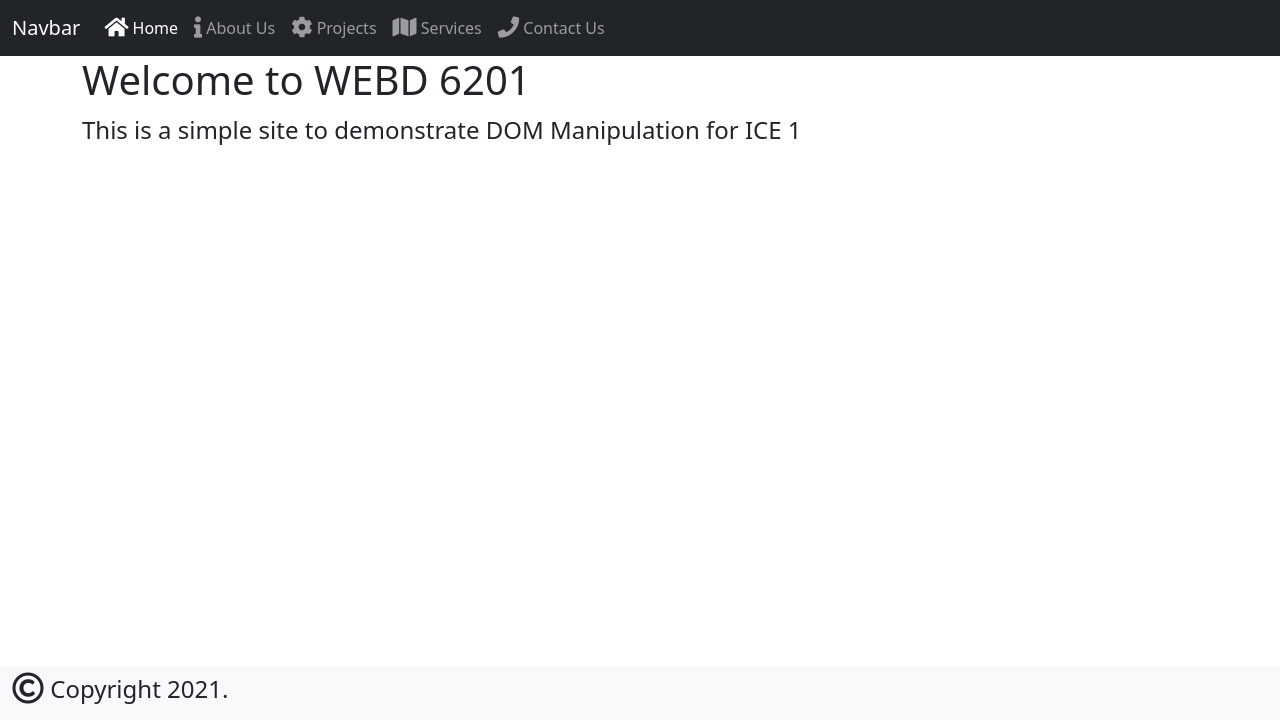
Repository: aphim/Webd6201-wk3
Page: index.html
These files come from the project's save history. The page is drawn as it stood at one moment and after the next save; the edit follows.
The browser window is 1280 px wide. The pictures show the whole page.

Above is the page before, as saved 2021-01-20 09:43:09.

### index.html
<!DOCTYPE html>
<html lang="en">
<head>
    <meta charset="UTF-8">
    <meta name="viewport" content="width=device-width, initial-scale=1.0">
    <title>WEBD6201 - W2021 - ICE 1</title>
    <!-- CSS Section -->
    <link rel="stylesheet" href="./node_modules/bootstrap/dist/css/bootstrap.min.css">
    <link rel="stylesheet" href="./node_modules/@fortawesome/fontawesome-free/css/all.min.css">
    <link rel="stylesheet" href="./Content/app.css">
</head>
<body>
    <header>
        <nav class="navbar navbar-expand-lg navbar-dark bg-dark">
            <div class="container-fluid">
              <a class="navbar-brand" href="#">Navbar</a>
              <button class="navbar-toggler" type="button" data-bs-toggle="collapse" data-bs-target="#navbarSupportedContent" aria-controls="navbarSupportedContent" aria-expanded="false" aria-label="Toggle navigation">
                <span class="navbar-toggler-icon"></span>
              </button>
              <div class="collapse navbar-collapse" id="navbarSupportedContent">
                <ul class="navbar-nav me-auto mb-2 mb-lg-0">
                  <li class="nav-item">
                    <a class="nav-link active" aria-current="page" href="#"><i class="fas fa-home fa-lg"></i> Home</a>
                  </li>

                  <li class="nav-item">
                    <a class="nav-link" aria-current="page" href="#"><i class="fas fa-info fa-lg"></i> About Us</a>
                  </li>

                  <li class="nav-item">
                    <a class="nav-link" aria-current="page" href="#"><i class="fas fa-cog fa-lg"></i> Projects</a>
                  </li>

                  <li class="nav-item">
                    <a class="nav-link" aria-current="page" href="#"><i class="fas fa-map fa-lg"></i> Services</a>
                  </li>

                  <li class="nav-item">
                    <a class="nav-link" aria-current="page" href="#"><i class="fas fa-phone fa-lg"></i> Contact Us</a>
                  </li>
                </ul>
              </div>
            </div>
          </nav>
    </header>


    <main class="container">
        <h1>Welcome to WEBD 6201</h1>
        <p id="paragraphOne"></p>
    </main>

    <footer>
        <nav class="navbar fixed-bottom navbar-light bg-light">
            <div class="container-fluid">
              <h4><i class="far fa-copyright fa-lg"></i> Copyright 2021.</h4>
            </div>
          </nav>
    </footer>

    <!-- Script Section-->
    <script src="./node_modules/jquery/dist/jquery.min.js"></script>
    <script src="./node_modules/bootstrap/dist/js/bootstrap.bundle.min.js"></script>
    <script src="./Scripts/app.js"></script>
</body>
</html>

### Scripts/app.js
/* custom JavaScript goes here */

//IIFE - Immediately Invoked Function Expression
//AKA - Anonymous Self-Executing Function
//Closure - limits scope leak

"use strict";

(function()
{

    function Start()
    {
        console.log("App Started...");

        let paragraphOneText = "This is a simple site to demonstrate DOM Manipulation for ICE 1";

        //Different ways to select a paragraph element "paragraph one"
        let paragraphOneElement = document.getElementById("paragraphOne");

        //let paragraphOneParagraph = document.getElementsByTagName("p")[0];
        //let paragraphOneQuery = document.querySelector("p");
        //console.log(paragraphOneElement);
        //console.log(paragraphOneParagraph);
        //console.log(paragraphOneQuery);

        paragraphOneElement.textContent = paragraphOneText;
        paragraphOneElement.className = "fs-4";
    }



    window.addEventListener("load", Start);

})();

Loaded but not shown: node_modules/bootstrap/dist/css/bootstrap.min.css (library); node_modules/@fortawesome/fontawesome-free/css/all.min.css (library); Content/app.css (common file); node_modules/jquery/dist/jquery.min.js (library); node_modules/bootstrap/dist/js/bootstrap.bundle.min.js (library)

After the next save:
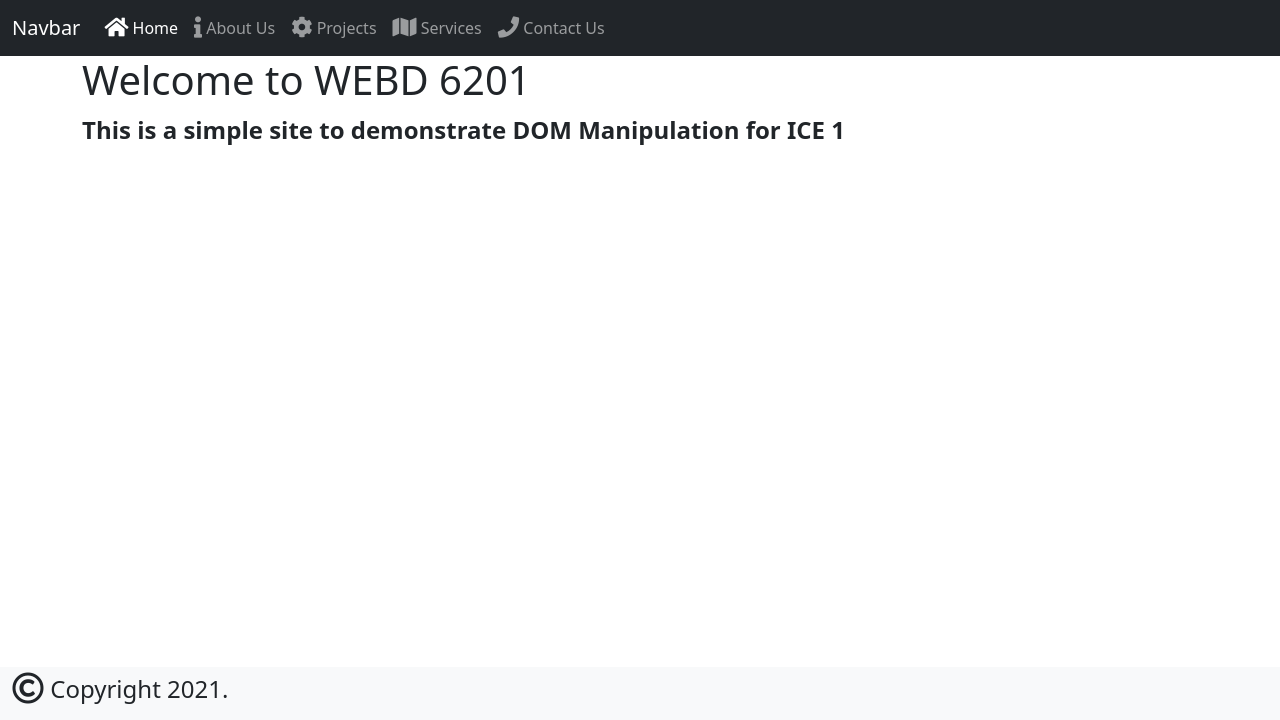
Saved 26 s later.
--- a/Scripts/app.js
+++ b/Scripts/app.js
@@ -25,7 +25,7 @@
         //console.log(paragraphOneQuery);
 
         paragraphOneElement.textContent = paragraphOneText;
-        paragraphOneElement.className = "fs-4";
+        paragraphOneElement.className = "fs-4 fw-bold";
     }
 
 
